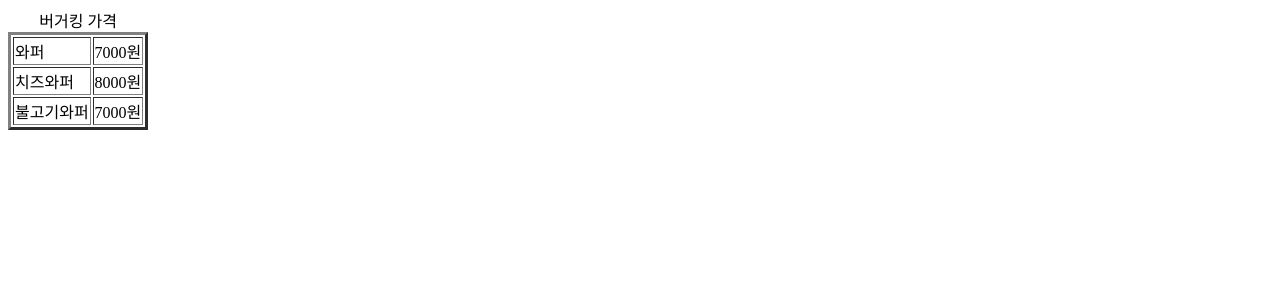
Repository: Johyerim06/Class_internetProgramming
Page: class01/dd/13.html
An editor plug-in stored every save of this project. The page is shown before and after the next save, followed by the edit.
The browser window is 1280 px wide. The pictures show the whole page.

Above is the page before, as saved 2025-03-13 12:15:25.

### class01/dd/13.html
<!DOCTYPE html>
<html>
<head>
<meta charset="UTF-8">
<title>표(table) 만들기</title>
</head>
<!-- Ctrl + Shift + F : 자동 들여쓰기 or 정렬 -->
<body>
	<table border="3">
		<caption>버거킹 가격</caption>
		<!-- 테이블 시작 -->
		<tr>
			<td>와퍼</td>
			<td>7000원</td>
		</tr>
		<!-- 1행 -->
		<tr>
			<td>치즈와퍼</td>
			<td>8000원</td>
		</tr>
		<!-- 2행 -->
		<tr>
			<td>불고기와퍼</td>
			<td>7000원</td>
		</tr>
		<!-- 3행 -->
		<!-- 테이블 끝 -->
		<!-- tr : table row -->
		<!-- td : table data -->
	</table>
</body>
</html>

After the next save:
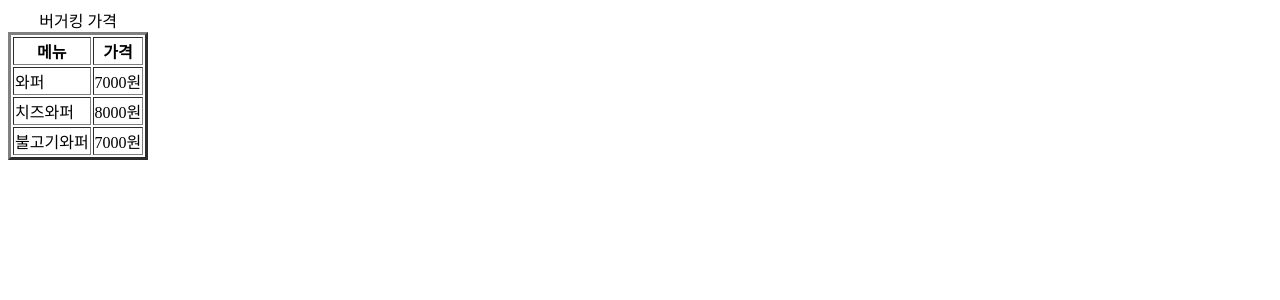
Saved 2 min 0 s later.
--- a/class01/dd/13.html
+++ b/class01/dd/13.html
@@ -7,7 +7,10 @@
 <!-- Ctrl + Shift + F : 자동 들여쓰기 or 정렬 -->
 <body>
 	<table border="3">
-		<caption>버거킹 가격</caption>
+		<caption>버거킹 가격</caption> <!-- 테이블 제목 -->
+		<thead>
+		<tr><th>메뉴</th><th>가격</th></tr>
+		</thead>
 		<!-- 테이블 시작 -->
 		<tr>
 			<td>와퍼</td>
